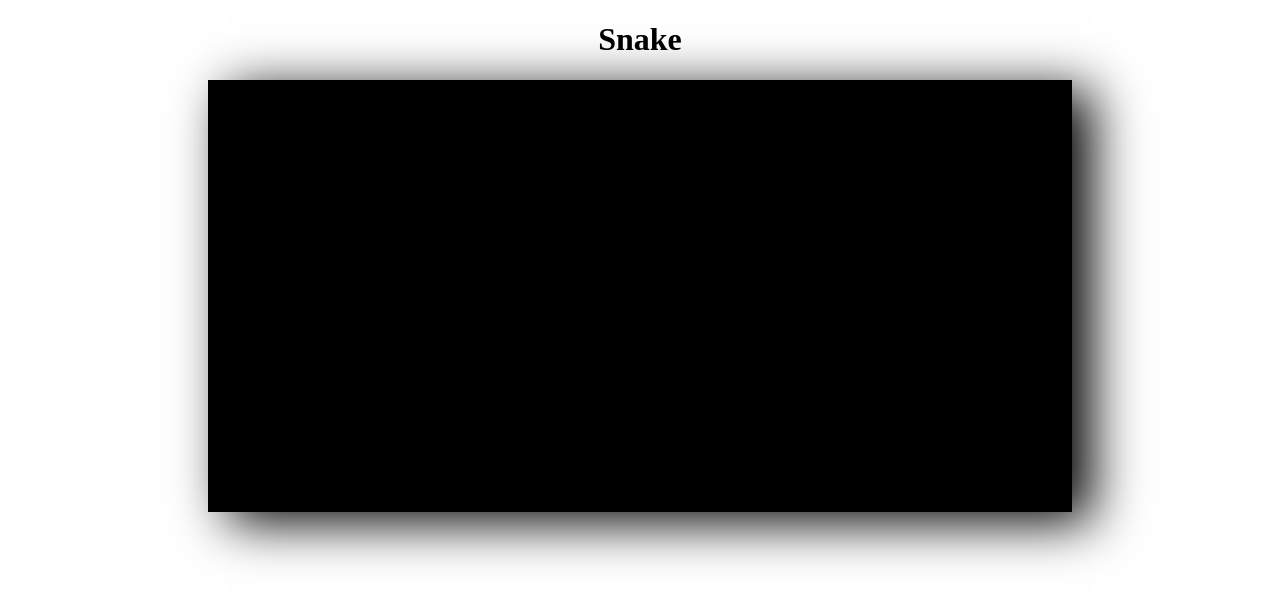
Repository: Ellisvelandia/snake
Page: index.html
These files come from the project's save history. The page is drawn as it stood at one moment and after the next save; the edit follows.
The browser window is 1280 px wide. The pictures show the whole page.

Above is the page before, as saved 2022-08-26 22:55:30.
Console error: TypeError: ctx.fiilRect is not a function

### index.html
<!DOCTYPE html>
<html lang="en">
<head>
  <meta charset="UTF-8">
  <meta http-equiv="X-UA-Compatible" content="IE=edge">
  <meta name="viewport" content="width=device-width, initial-scale=1.0">
  <link rel="stylesheet" href="style.css">
  <title>Snake</title>
</head>
<body>

  <h1>Snake</h1>

  <canvas id="game"></canvas>
  <script src="index.js"></script>
</body>
</html>

### style.css
body {
  margin: 0;
  padding: 0;
  display: flex;
  flex-direction: column;
  justify-content: center;
  align-items: center;
}

canvas {
  box-shadow: #000 20px 10px 50px;
  max-width:  80vw;
  height: 60vh;
}

### index.js
const canvas = document.getElementById("game");
const ctx = canvas.getContext("2d");

let speed = 7;

let tileCount = 20;
let tileSize = canvas.width / tileCount - 2;
let headX = 10;
let headY = 10;

let xVelocity=0;
// game  loop

function drawGame() {
  clearScreen();
  drawSnake();
  setTimeout(drawGame, 1000 / speed);
}

function clearScreen() {
  ctx.fillStyle = "black";
  ctx.fillRect(0, 0, canvas.width, canvas.height);
}

function drawSnake() {
  ctx.fillStyle = "red";
  ctx.fiilRect(headX * tileCount, headY * tileCount, tileSize, tileSize);
}

drawGame();

After the next save:
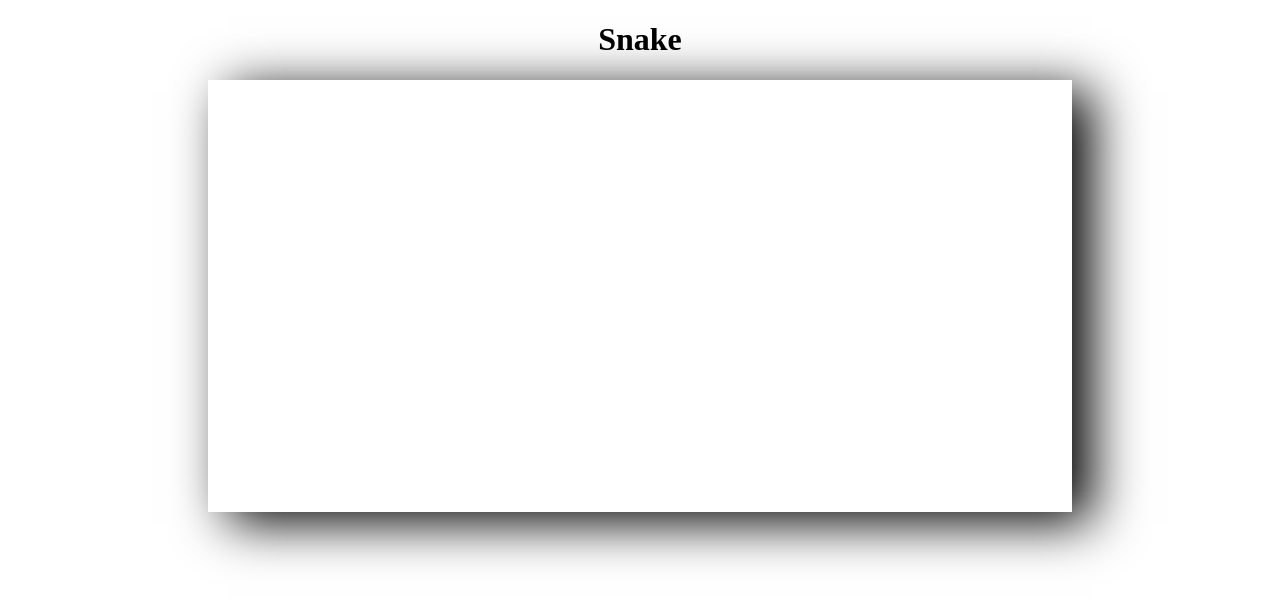
Console error: ReferenceError: let is not defined
Saved 15 s later.
--- a/index.js
+++ b/index.js
@@ -9,6 +9,7 @@
 let headY = 10;
 
 let xVelocity=0;
+let
 // game  loop
 
 function drawGame() {

After the 2 saves that followed:
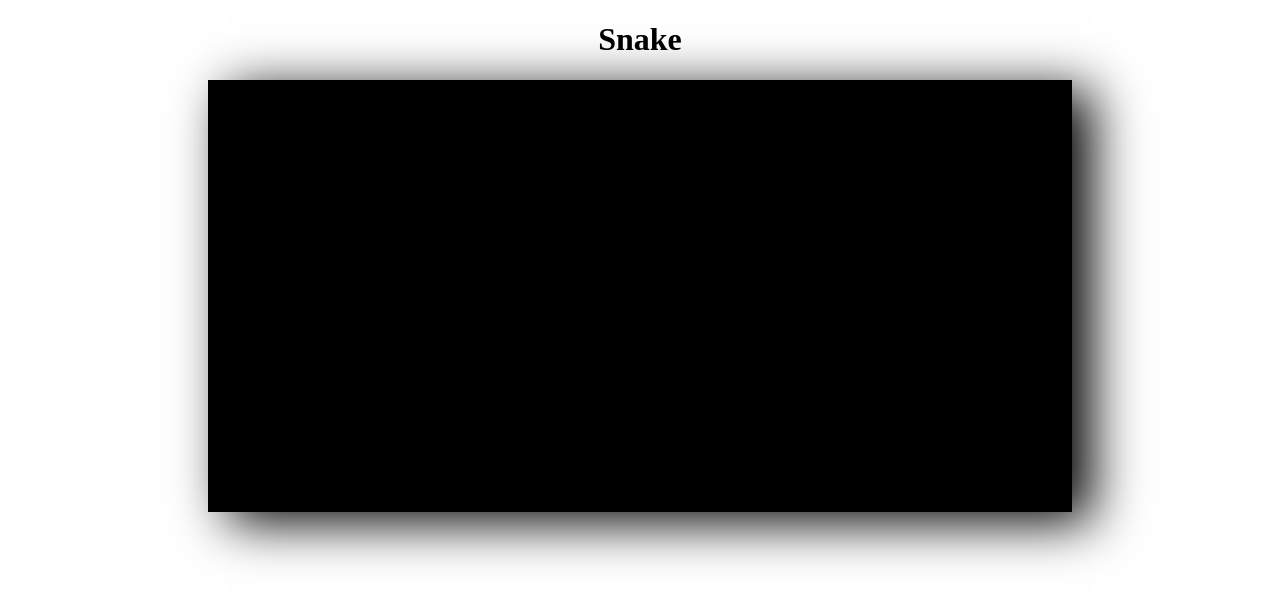
Console error: TypeError: ctx.fiilRect is not a function
The 2 saves are shown as one change because they came seconds apart.
The last was saved 7 s later.
--- a/index.js
+++ b/index.js
@@ -9,8 +9,8 @@
 let headY = 10;
 
 let xVelocity=0;
-let
-// game  loop
+let yVelocity=0
+;// game  loop
 
 function drawGame() {
   clearScreen();
